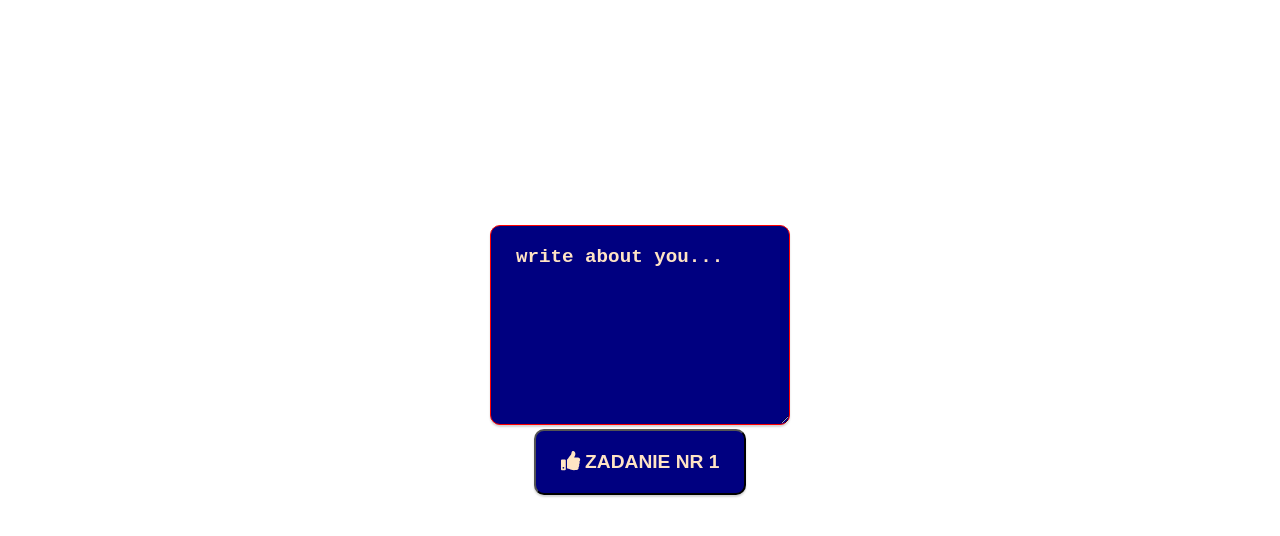
Repository: KrzysKolo/sr_tydzien3_zad_1_2_3
Page: /
An editor plug-in stored every save of this project. The page is shown before and after the next save, followed by the edit.
The browser window is 1280 px wide. The pictures show the whole page.
The project was rebuilt for these pictures with package versions that can differ from the ones it lists, and the page was loaded fresh each time.

Above is the page before, as saved 2020-11-02 16:41:34.

After the next save:
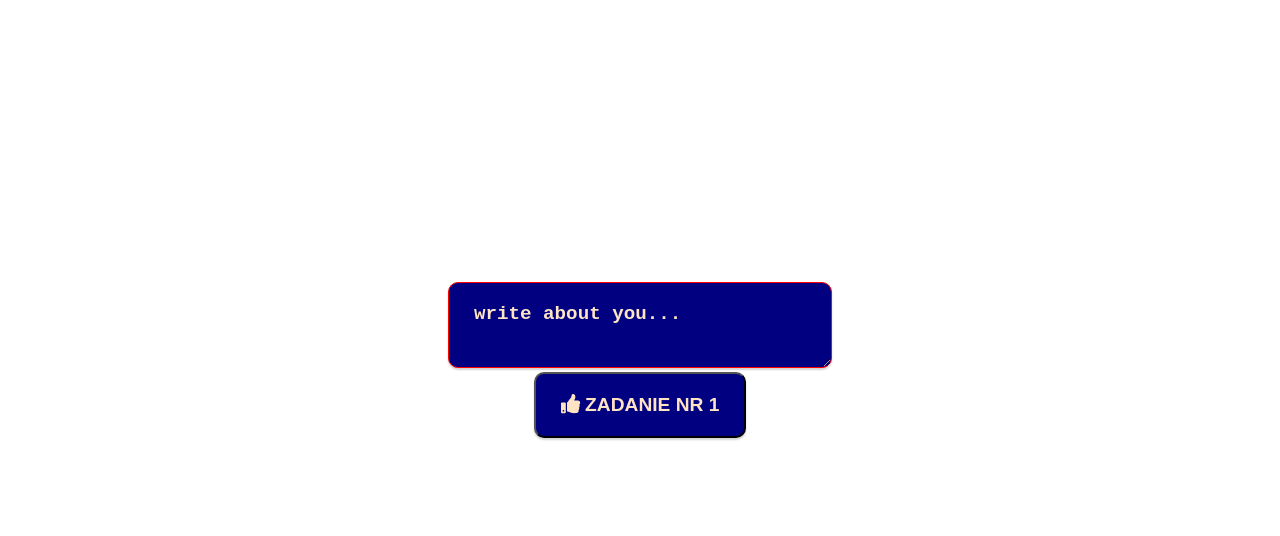
Saved 48 s later.
--- a/src/components/Form/Textarea.js
+++ b/src/components/Form/Textarea.js
@@ -10,13 +10,12 @@ const Textarea = ({value, color, bgColor, borderSize, borderRadius, borderColor}
     border-size: ${borderSize};
     box-shadow: 0px 2px 2px lightgray;
     color: ${color};
-    cursor: pointer;
     font-weight: bold;
     font-size: 1.2rem;
-    height: 200px;
+    height: 25vh
     outline: 0;
     padding: 20px 25px;
-    width: 300px;
+    width: 30vw;
 
     `;
     return (
